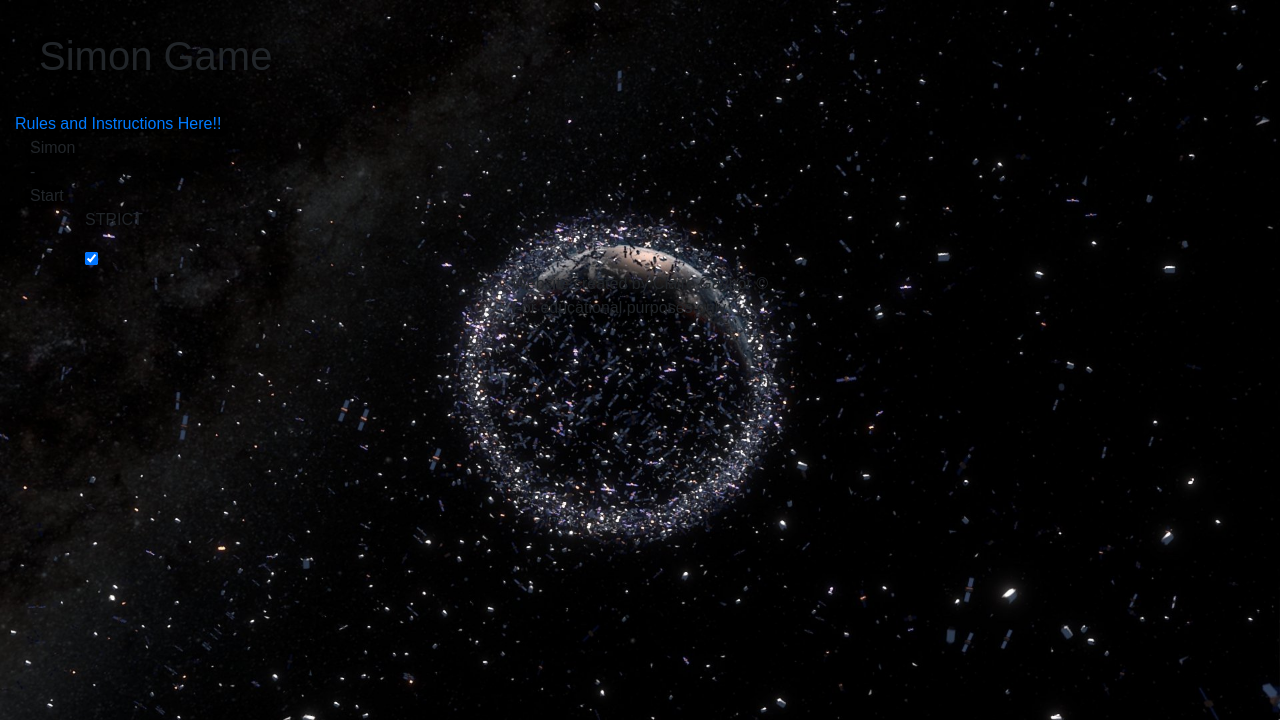
Repository: cgaynor91/Simon-Memory-Game
Page: index.html
The author's editor kept a record of every edit. The page is drawn from the files as they stood at one moment, then again after the next edit.
The browser window is 1280 px wide. The pictures show the whole page.
An inner scrolling area shows only its first screen. Some web fonts or font styles are not loaded; a fallback is used.

Above is the page before.

### index.html
<!DOCTYPE html>
<html lang="en">

<head>
    <meta charset="UTF-8">
    <meta name="viewport" content="width=device-width, initial-scale=1.0">
    <meta http-equiv="X-UA-Compatible" content="ie=edge">
    <title>Simon Memory Game</title>

    <!-- Style sheets -->
    <link rel="stylesheet" href="https://stackpath.bootstrapcdn.com/bootstrap/4.3.1/css/bootstrap.min.css">
    <link href="https://fonts.googleapis.com/css?family=Fascinate+Inline&display=swap" rel="stylesheet" type="text/css">
    <link class="favicon" rel="icon" href="assets/images/favicon.ico" type="image/ico">

    <link rel="stylesheet" href="assets/css/style.css">

</head>


<body>
  <!-- Main Container -->

  <div class="container-fluid header">
    <!--main container-->
    <div class="row">
      <div class="col">
        <h1 class="m-4 py-2">Simon Game</h1>
      </div>
    </div>

    <div class="row">
      <div class="rules-col col">
        <a href="https://www.youtube.com/watch?v=1Yqj76Q4jJ4">Rules and Instructions Here!!</a>
      </div>
    </div>

    <!-- will hold the simon board -->
    <div class="container-fluid outer-circle">
      <div class="row">
        <div class="col simon-board">
          <div class="pads">
            <div id="greenpad" class="pad green-pad"></div>
            <div id="redpad" class="pad red-pad"></div>
            <div id="yellowpad" class="pad yellow-pad"></div>
            <div id="bluepad" class="pad blue-pad"></div>
          </div>

<!-- inner -circle of board containg number counter and switches -->

          <div class="inner-circle">
            <div class="label">Simon</div>
            <div id="turn" class="display">-</div>
            <div id="start" class="start-button">Start</div>
            <div class="container strict">
              <div class="strict-label">
                <p>STRICT</p>
                <div class="strict-switch">
                  <input type="checkbox" id="strict" class="toggle" checked/>
                </div>
              </div>
            </div>
          </div>
        </div>
      </div>
    </div>
  </div>

   <div class="container-fluid footer">
    <div class="row justify-content-center">
      <p>Website created by Claire Gaynor &copy;
        <br> For educational purposes only.</p>
    </div>
  </div>



    <!-- Scripts located at the bottom of the body to ensure quick page loading -->
    <script src="https://cdnjs.cloudflare.com/ajax/libs/jquery/3.4.1/jquery.slim.min.js"></script>
    <script src="https://ajax.googleapis.com/ajax/libs/jquery/3.3.1/jquery.min.js"></script>
    <script src="https://cdnjs.cloudflare.com/ajax/libs/popper.js/1.15.0/umd/popper.min.js"></script>
    <script src="https://stackpath.bootstrapcdn.com/bootstrap/4.3.1/js/bootstrap.min.js"></script>
    <script src="assets/js/script.js"></script>



</body>

</html>

### assets/css/style.css
@import url('https://fonts.googleapis.com/css?family=Fascinate+Inline:100,200,300,400,500,600,700');


html,

body {
  width: 100%;
  height: 100%;
  margin: 0;
  padding: 0;
  overflow-x: hidden;
  background-image: url("../images/bgimage.jpg");
  background-color: #161677;
  background-size: cover;
  font-family: 'Fascinate inline', sans-serif;
  text-shadow: 1px 1px 6px #000000;
}

Loaded but not shown: assets/js/script.js (no copy from this time; the picture is the same without it)

After the next edit:
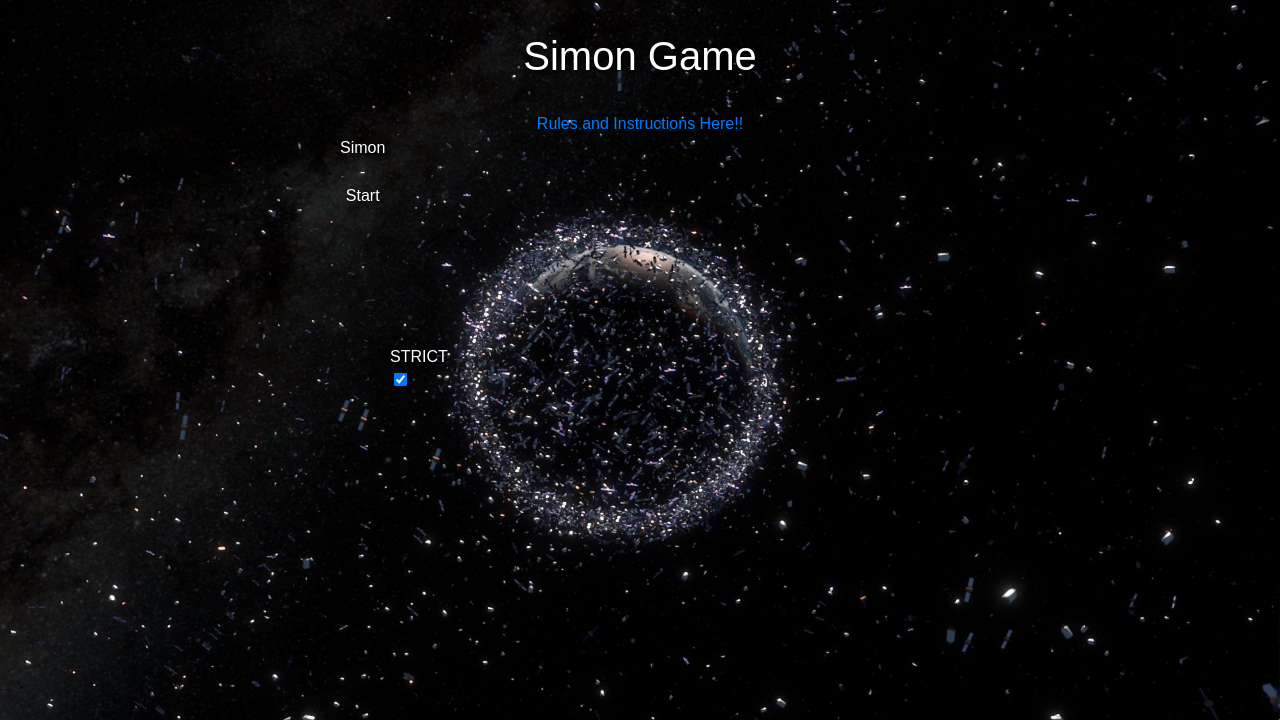
The edit:
--- a/assets/css/style.css
+++ b/assets/css/style.css
@@ -15,3 +15,41 @@ body {
   font-family: 'Fascinate inline', sans-serif;
   text-shadow: 1px 1px 6px #000000;
 }
+
+
+
+
+/* Containers */
+
+.header {
+  color: white;
+  text-align: center;
+}
+
+.outer-circle {
+  padding: 0;
+  margin: auto;
+  width: 100%;
+  height: 100vw;
+  max-width: 600px;
+  max-height: 600px;
+  border-radius: 50%;
+  background-color: transparent;
+  margin-bottom: 230px;
+  display: flex;
+}
+
+
+.strict {
+  position: absolute;
+  margin-top: 149px;
+  margin-left: 50px;
+  padding: 0px;
+  width: 29%;
+  line-height: 0;
+}
+
+
+.footer {
+  color: #fff;
+}
